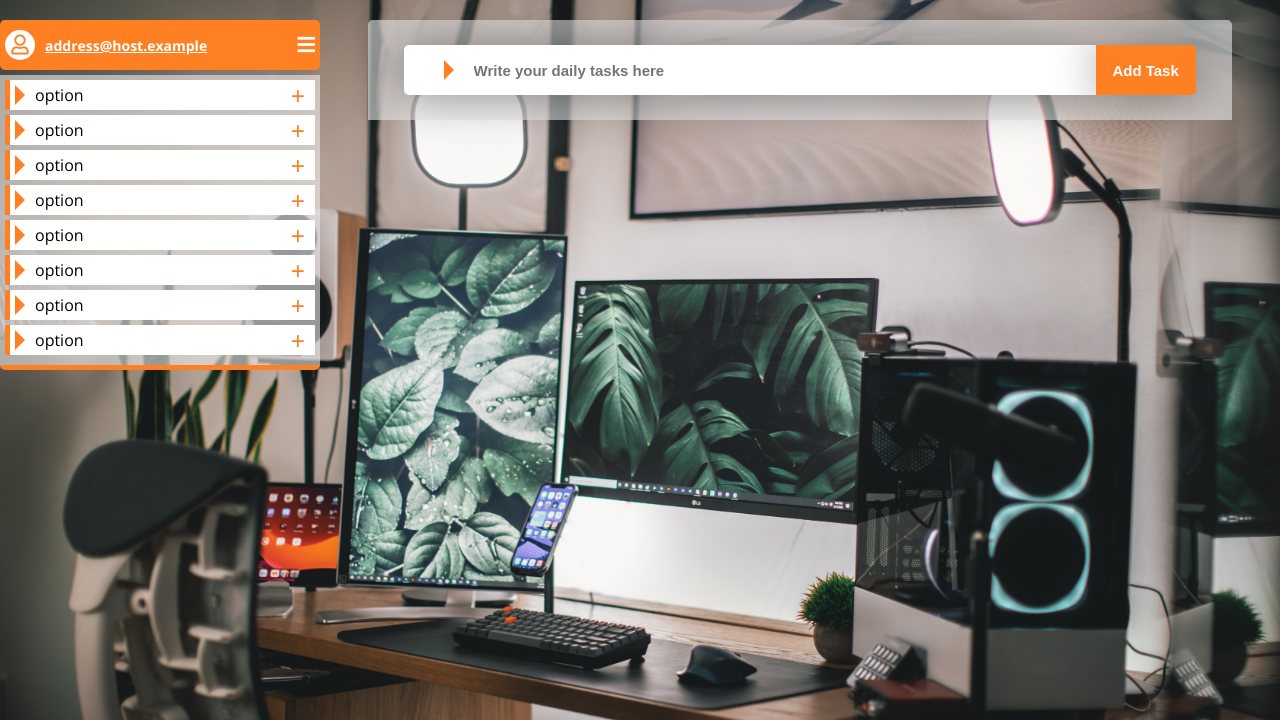
Repository: OmarEssameldinMousa/To-do-list-level01
Page: index.html
An editor plug-in stored every save of this project. The page is shown before and after the next save, followed by the edit.
The browser window is 1280 px wide. The pictures show the whole page.

Above is the page before, as saved 2023-08-10 01:10:17.

### index.html
<!DOCTYPE html>
<html lang="en">

<head>
    <meta charset="UTF-8">
    <meta name="viewport" content="width=device-width, initial-scale=1.0">
    <title>ToDo</title>
    <link rel="stylesheet" href="main.css">
    <link rel="preconnect" href="https://fonts.gstatic.com" />
    <link rel="stylesheet" href="css/all.min.css">
    <link href="https://fonts.googleapis.com/css2?family=Open+Sans:wght@400;700&display=swap" rel="stylesheet" />
</head>

<body>
    <div class="dashboard">
        <div class="nav">
            <div class="navigation">
                <div class="profile">
                    <div class="profile-pic">
                        <i class="fa-regular fa-user"></i>
                    </div>
                    <h3>address@host.example</h3>
                    <i class="fa-solid fa-bars" style="color: #ffffff;"></i>
                </div>
                <ul>
                    <li>
                        <span class="toggle"></span>
                        <span class="title">option</span>
                        <i class="fa-solid fa-plus"></i>
                    </li>
                    <li>
                        <span class="toggle"></span>
                        <span class="title">option</span>
                        <i class="fa-solid fa-plus"></i>
                    </li>
                    <li>
                        <span class="toggle"></span>
                        <span class="title">option</span>
                        <i class="fa-solid fa-plus"></i>
                    </li>
                    <li>
                        <span class="toggle"></span>
                        <span class="title">option</span>
                        <i class="fa-solid fa-plus"></i>
                    </li>
                    <li>
                        <span class="toggle"></span>
                        <span class="title">option</span>
                        <i class="fa-solid fa-plus"></i>
                    </li>
                    <li>
                        <span class="toggle"></span>
                        <span class="title">option</span>
                        <i class="fa-solid fa-plus"></i>
                    </li>
                    <li>
                        <span class="toggle"></span>
                        <span class="title">option</span>
                        <i class="fa-solid fa-plus"></i>
                    </li>
                    <li>
                        <span class="toggle"></span>
                        <span class="title">option</span>
                        <i class="fa-solid fa-plus"></i>
                    </li>
                </ul>
            </div>
        </div>
        <div class="workstation">
            <div class="container">
                <div class="form">
                    <div>
                        <span></span>
                        <input type="text" class="input" placeholder="Write your daily tasks here">
                    </div>
                    <input type="submit" class="add" value="Add Task">
                </div>
                <!-- separator -->
                <div class="tasks">
                    <div class="tasks-numbers">

                    </div>
                    <div class="tasks-container">

                    </div>
                </div>
            </div>
        </div>
    </div>
    <script src="main.js"></script>
</body>

</html>

### main.css
:root {
    --main-color: rgba(235, 235, 235, 0.6);
    --secondery-color: #ff7f23;
}

* {
    -webkit-box-sizing: border-box;
    -moz-box-sizing: border-box;
    box-sizing: border-box;
    padding: 0;
    margin: 0;
}

body {
    font-family: "Open Sans", sans-serif;
    background-image: url(backgroundimage.jpg);
    background-repeat: no-repeat;
    background-size: cover;
    position: relative;
    height: 100%;
}


ul {
    list-style: none;
}


.dashboard {
    display: flex;
    height: 100%;
    width: 100%;
    column-gap: 0px;
}

.nav {
    width: 25%;
    height: 100%;
    position: relative;
    margin-top: 20px;
    border-radius: 5px;
}

.nav .navigation {
    height: 100%;
    width: 100%;
    position: relative;
}

.nav .navigation .profile {
    width: 100%;
    height: 50px;
    background-color: var(--secondery-color);
    display: flex;
    align-items: center;
    /* border-bottom: 5px solid white; */
    border-radius: 5px;
    position: relative;
}

.nav .navigation .profile .profile-pic {
    border-radius: 50%;
    background-color: white;
    height: 30px;
    width: 30px;
    display: flex;
    align-items: center;
    justify-content: center;
    margin-left: 5px;
}

.nav .navigation .profile i {
    font-size: 20px;
    color: var(--secondery-color);
}

.nav .navigation .profile h3 {
    font-size: 14px;
    padding-left: 10px;
    text-decoration: underline;
    color: white;
}

.nav .navigation ul {
    width: 100%;
    margin: auto;
    margin-top: 5px;
    padding: 5px;
    background: var(--main-color);
    border-bottom-left-radius: 5px;
    border-bottom-right-radius: 5px;
    border-bottom: 5px solid #ff7f23;
}

.nav .navigation ul li {
    padding: 5px;
    height: 30px;
    background-color: white;
    margin-bottom: 5px;
    border-radius: 1px;
    border-left: 5px solid #ff7f23;
    display: flex;
    align-items: center;
    transition: 0.3s;
}


.nav .navigation ul li:hover .toggle {
    padding-left: 10px;
}

.fa-solid.fa-plus {
    position: absolute;
    right: 15px;
    font-size: 25px;
    color: #ff7f23;
    font-weight: bold;
}

li .toggle {
    border: 10px solid var(--secondery-color);
    border-color: transparent transparent transparent #ff7f23;
    transition: 0.3s;
}

.workstation {
    height: 100%;
    position: relative;
    flex: 1;
}

.container {
    width: 100%;
    min-height: 50px;
    background-color: transparent;
    z-index: 1;
    position: absolute;
}

.container .form {
    width: 90%;
    height: 100px;
    background-color: var(--main-color);
    margin: 20px auto;
    border-top-right-radius: 5px;
    border-top-left-radius: 5px;
    text-align: center;
    position: relative;
    display: flex;
    justify-content: center;
    align-items: center;
}

.container .tasks {
    width: 90%;
    background-color: var(--main-color);
    margin: 20px auto;
    display: flex;
    border-bottom-left-radius: 5px;
    border-bottom-right-radius: 5px;
}

.container .form .input,
.container .form .add {
    display: block;
    height: 50px;
}

.container .form div {
    width: 80%;
    border-bottom-left-radius: 5px;
    border-top-left-radius: 5px;
    border: 0px solid;
    box-shadow: -5px 0 50px 0px #00000073;
    background-color: white;
    display: flex;
    justify-content: flex-end;
    align-items: center;
}

.container .form div span {
    border: 10px solid #ff7f23;
    border-color: transparent transparent transparent #ff7f23;
    margin-right: 10px;
}

.container .form div .input {
    outline: 0;
    font-size: 15px;
    border: 0px solid;
    font-weight: bold;
    width: 90%;
}

.container .form .add {
    width: 100px;
    border: 0px solid;
    background-color: #ff7f23;
    color: white;
    font-weight: bold;
    font-size: 15px;
    border-bottom-right-radius: 5px;
    border-top-right-radius: 5px;
    box-shadow: 5px 0 50px 0px #00000073;
}

.container .tasks .tasks-container {
    width: 80%;
    display: flex;
    flex-direction: column;
    align-items: center;
    align-content: center;
    flex: 1;
}

.container .tasks .tasks-container .task {
    width: 80%;
    height: 50px;
    border-radius: 5px;
    border: 0px solid;
    box-shadow: -5px 0 50px 0px #00000073;
    background-color: white;
    margin: 10px 0;
    position: relative;
    display: flex;
    align-items: center;
}

.container .tasks .tasks-container .task i {
    margin-left: 10px;
    margin-right: 10px;
    color: var(--secondery-color);
}


.container .tasks .tasks-container .task::after {
    content: "";
    width: 10%;
    height: 100%;
    background-color: #ff7f23;
    position: absolute;
    top: 0;
    left: 90%;
    z-index: 0;
    border-top-right-radius: 5px;
    border-bottom-right-radius: 5px;
}

.container .tasks .tasks-container .task i:first-of-type {
    position: absolute;
    right: 4%;
    top: 50%;
    transform: translateY(-50%);
    color: white;
    z-index: 1;
    font-size: 20px;
}

.container .tasks .tasks-container .task i:last-of-type {
    position: absolute;
    right: 0%;
    top: 50%;
    transform: translateY(-50%);
    color: white;
    z-index: 1;
    font-size: 20px;
}

.container .tasks .tasks-numbers {
    width: 50px;
    display: flex;
    align-items: center;
    flex-direction: column;
}


.tasks-numbers .repated-line-circle {
    width: 2px;
    height: 70px;
}

.tasks-numbers .line-circle {
    display: flex;
    flex-direction: column;
    width: 100%;
    height: 100%;
    justify-content: space-between;
    align-items: center;
}

.tasks-numbers .line-circle .upper-line {
    width: 100%;
    height: 40%;
    background-color: white;
}

.tasks-numbers .line-circle .circle {
    font-family: 'VT323', monospace;
    width: 20px;
    height: 20px;
    background-color: #ff7f23;
    border-radius: 50%;
    text-align: center;
    position: relative;
    transition: 0.3s;
    animation: gradient-animation 5s infinite alternate;
    border: 1px solid white;
}


.tasks-numbers .line-circle .circle p {
    position: absolute;
    left: 50%;
    top: 50%;
    transform: translate(-50%, -50%);
    font-size: 14px;
    color: white;
}

.line-circle .circle p a {
    text-decoration: none;
}

.tasks-numbers .line-circle .lower-line {
    width: 2px;
    height: 40%;
    background-color: white;
}

.nav .navigation .profile i.fa-solid.fa-bars {
    position: absolute;
    right: 5px;
}


@media (max-width: 767px) {
    body {
        background-image: none;
    }

    .dashboard {
        flex-direction: column;
    }

    .nav {
        margin-top: 0;
        width: 100% !important;
        height: 50px;
        z-index: 2;
    }

    .navigation {
        width: 100%;
        position: absolute;
        background-color: #ff7f23;
    }

    .nav .navigation ul {
        width: 100%;
        display: none;
        box-shadow: 0px 0 30px 0px #000000a9;
    }

    .nav .navigation ul li {
        border: none;
        border-bottom: 1px solid #ff7f23;
        margin: 0;
    }

    .navigation .footer {
        display: none;
    }

    .nav .navigation .profile i.fa-solid.fa-bars {
        display: inline-block;
    }

    .nav .navigation .profile i.fa-solid.fa-bars.second {
        display: none;
    }

}

/* Small */
@media (min-width: 768px) {}

/* Medium */
@media (min-width: 992px) {}

/* Large */
@media (min-width: 1200px) {}

### main.js
let counter = 1;
let counterarray = [];
let tasksDiv = document.querySelector(".tasks-container");
let tasksnumbersDiv = document.querySelector(".tasks-numbers");
let inputbox = document.querySelector(".input");
let inputboxValue = inputbox.value;
let inputbtn = document.querySelector(".add");
let idtentity = 0;
let list = [];
let menu_bars = document.querySelector("i.fa-solid.fa-bars")
let optionsul = document.querySelector(".nav .navigation ul")
let menu_bars2 = document.querySelector("i.fa-solid.fa-bars.second")
let navdiv = document.querySelector(".nav")

function createTaskDiv_NumberDiv() {
    if (inputbox.value != "") {
        let inputbox = document.querySelector(".input");
        let inputboxValue = inputbox.value;
        counterarray.push(counter);
        // craeting task divs
        let taskDiv = document.createElement("div");
        taskDiv.className = "task";
        let i1 = document.createElement("i");
        i1.className = "fa-regular fa-square-check";
        let i2 = document.createElement("i");
        i2.className = "fa-solid fa-clock";
        let i3 = document.createElement("i");
        i3.className = "fa-regular fa-trash-can";
        i3.setAttribute("index", counterarray.length - 1);
        let tasktitle = document.createElement("h4");
        tasktitle.innerHTML = inputboxValue;
        // nesting all childs under each parent
        tasksDiv.appendChild(taskDiv);
        taskDiv.appendChild(i1);
        taskDiv.appendChild(i2);
        taskDiv.appendChild(i3);
        taskDiv.appendChild(tasktitle);
        //creating the numbering divs
        let repatedlinecircleDiv = document.createElement("div");
        repatedlinecircleDiv.className = "repated-line-circle";
        let linecirclediv = document.createElement("div");
        linecirclediv.className = "line-circle";
        let upperlinediv = document.createElement("div");
        upperlinediv.className = "upper-line";
        let circlediv = document.createElement("div");
        circlediv.className = "circle";
        let circleparacontent = document.createElement("p");
        circleparacontent.innerHTML = `${counterarray.length}`;
        let lowerlinediv = document.createElement("div");
        lowerlinediv.className = "lower-line";
        //nesting all childs under each parent
        tasksnumbersDiv.appendChild(repatedlinecircleDiv);
        repatedlinecircleDiv.appendChild(linecirclediv);
        linecirclediv.appendChild(upperlinediv);
        linecirclediv.appendChild(circlediv);
        circlediv.appendChild(circleparacontent);
        linecirclediv.appendChild(lowerlinediv);
        // after adjustments
        list.push({ "id": idtentity, "title": inputbox.value, });
        window.localStorage.setItem("tasks", JSON.stringify(list));
        inputbox.value = "";
        counter++;
        idtentity++;
        inputbox.focus();
    }
}

inputbtn.addEventListener("click", createTaskDiv_NumberDiv);

document.addEventListener("click", function (e) {
    if (e.target.className === "fa-regular fa-trash-can") {
        let n = 1;
        // deleting from BOM - local storage
        let storedTasks = JSON.parse(window.localStorage.getItem("tasks"))
        storedTasks.filter(a => a.id != e.index);
        list = storedTasks;
        window.localStorage.clear()
        window.localStorage.setItem("tasks", JSON.stringify(storedTasks));
        // deleting from the DOM
        e.target.parentElement.parentElement.previousElementSibling.lastChild.remove();
        counterarray.pop();
        counter--;
        e.target.parentElement.remove();
        document.querySelectorAll(".circle p").forEach(element => {
            element.innerHTML = n;
            n++;
        });
    }
})

menu_bars.addEventListener("click", function () {
    if (optionsul.style.display == "block") {
        optionsul.style.display = "none"
    } else {
        optionsul.style.display = "block"
    }
})

Loaded but not shown: css/all.min.css (library)

After the next save:
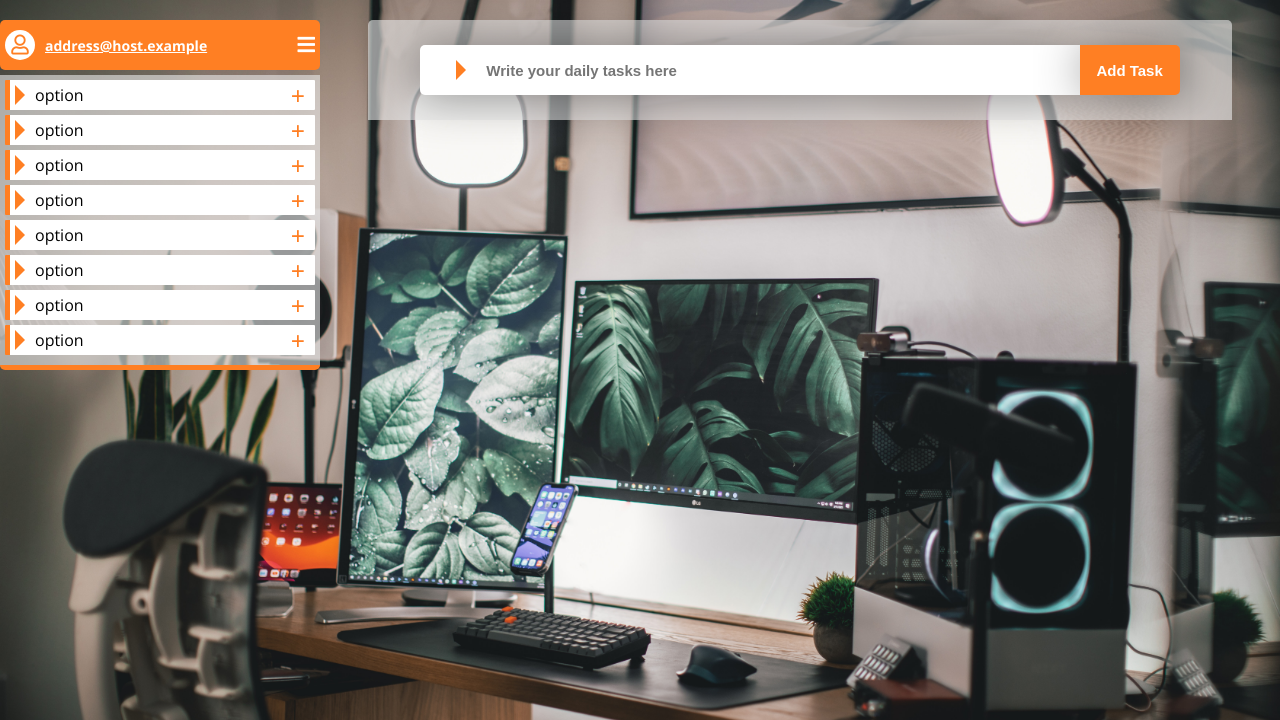
Saved 2 min 12 s later.
--- a/main.css
+++ b/main.css
@@ -149,6 +149,8 @@ li .toggle {
     display: flex;
     justify-content: center;
     align-items: center;
+    padding-left: 20px;
+    padding-right: 20px;
 }
 
 .container .tasks {
